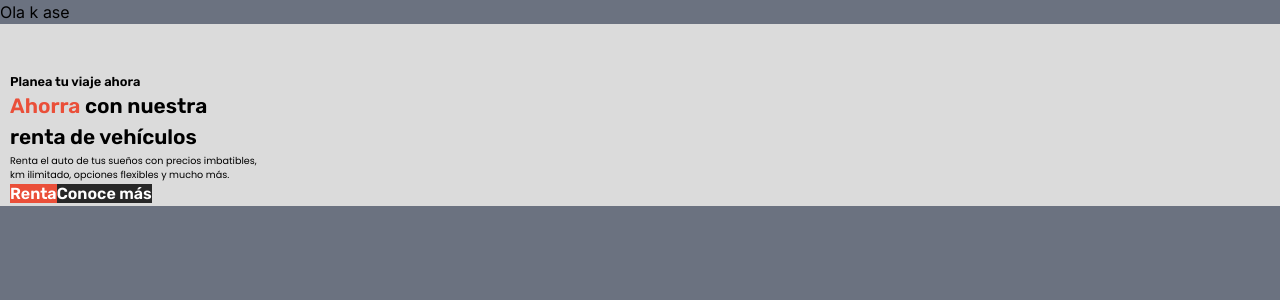
Repository: aldovelacasas/PF_RentCar2
Page: /homePage
The author's editor kept a copy of each file at every save. The page is drawn from the files as they stood at one save, then again after the next save.
The browser window is 1280 px wide. The pictures show the whole page.
The project was rebuilt for these pictures with package versions that can differ from the ones it lists, and the page was loaded fresh each time. The framework's server and built-in components were replaced by stand-ins that run in the browser. Also part of the build but not shown: next.config.js.

Above is the page before, as saved 2023-08-29 19:11:30.

### src/app/layout.jsx
import "./globals.css";
import { Inter } from "next/font/google";

const inter = Inter({ subsets: ["latin"] });

export const metadata = {
  title: "Create Next App",
  description: "Generated by create next app",
};

export default function RootLayout({ children }) {
  return (
    <html lang="en">
      <body className={inter.className}>
        <h1>Ola k ase</h1>
        <div className="h-[calc(100vh-5rem)]">{children}</div>
      </body>
    </html>
  );
}

### src/app/homePage/page.jsx
import { Rubik, Poppins } from "next/font/google";

const fontRubik = Rubik({
  weight: "600",
  subsets: ["latin"],
});

const fontPoppins = Poppins({
  weight: "400",
  subsets: ["latin"],
});
const poppins = fontPoppins.className;
const rubik = fontRubik.className;

function HomePage() {
  return (
    <div className={`bg-gris_fondo ${rubik} space-y-0 space-x-2.5`}>
      <p className={`pt-12 ml-2.5 text-[0.8em]`}>Planea tu viaje ahora</p>
      <p className="text-[1.3em] mb-0 pb-0">
        <span className="text-naranja_enf mb-0 pb-0">Ahorra </span>
        con nuestra
      </p>
      <p className="text-[1.3em] mt-0 pt-0">renta de vehículos</p>
      <div>
        <p className={`${poppins} text-[0.6em]`}>
          Renta el auto de tus sueños con precios imbatibles,
        </p>
        <p className={`${poppins} text-[0.6em]`}>
          km ilimitado, opciones flexibles y mucho más.
        </p>
        <div>
          <a href="#form" className="bg-naranja_enf text-white ">
            Renta
          </a>
          <a href="#form" className="bg-negro_fondo text-white">
            Conoce más
          </a>
        </div>
      </div>
    </div>
  );
}

export default HomePage;

### src/app/api/products/[id]/route.js
import { NextResponse } from "next/server";
import {conn} from "@/libs/mysql"

export async function GET(request,{params}){
  try {
    const result = await conn.query("SELECT * FROM product WHERE id = ?", [params.id])
    if(result.length === 0 ){
        return NextResponse.json(
         {
            message: "producto no encontrado",
         },
         {
            status:404,
         }
        );
    }
    return NextResponse.json(result[0])
  } catch (error) {
    return NextResponse.json(
        {
            message:error.message,
        },
        {status: 500}
    )
  }
}

export async function DELETE (request,{params} ){
    try {
     const result = await conn.query("DELETE FROM product WHERE id = ?", [params.id]);
     if(result.affectedRows === 0){
         return NextResponse.json({message:"Producto no encontrado"},{status:404})
     }

     return new Response (null, {status: 204})
 } catch (error) {
     return NextResponse.json({message:error.message},{status:500})
 }
    }

export async  function PUT(request, {params}){
   try {
    const data = await request.json()
    const result = await conn.query("UPDATE product SET ? WHERE id = ?", [data , params.id])

    if (result.affectedRows === 0) {
        return NextResponse.json(
        {
            message: "producto no encontrado",
        },
        {
            status: 400,
        }
        )
    }
     const updateProduct = await conn.query("SELECT * FROM product WHERE id = ?", [params.id])

  return NextResponse.json(updateProduct[0])

   } catch (error) {
    return NextResponse.json(
        {
            message: error.message,
        },
        { status: 500}
    )
   }
}

### src/app/api/products/route.js
import { NextResponse } from "next/server";
import {conn} from "@/libs/mysql";

export async function GET(){
    try {
        const results = await conn.query("SELECT * FROM product");
        return NextResponse.json(results)

    } catch (error) {
        return NextResponse.json(
        {
          message: error.message,
        },
        {
            status:500,
        }

        );
    }
}

    export async function POST (request) {
  try {
    const {name, price, year, model, capacity, type, description, image, transmission,  }= await request.json();

    const result  = await conn.query("INSERT INTO product SET ?", {
        name,
        price,
        year,
        model,
        capacity,
        type,
        transmission,
        image,
        description

    })

    return NextResponse.json({
        name,
        price,
        year,
        model,
        capacity,
        type,
        transmission,
        image,
        description,
        id: result.insertId,

    })

  } catch (error) {
    console.log(error);
    return NextResponse.json(
    {
        message: error.message,
    },
    {
        status:500,
    }
    );
  }

}

### src/app/globals.css
@tailwind base;
@tailwind components;
@tailwind utilities;

body {
   @apply bg-gray-500; /* Fondo más claro */
   color: gray-800; /* Texto oscuro */
}

### tailwind.config.js
/** @type {import('tailwindcss').Config} */
module.exports = {
  content: [
    "./src/pages/**/*.{js,ts,jsx,tsx,mdx}",
    "./src/components/**/*.{js,ts,jsx,tsx,mdx}",
    "./src/app/**/*.{js,ts,jsx,tsx,mdx}",
  ],
  theme: {
    extend: {
      backgroundImage: {
        "gradient-radial": "radial-gradient(var(--tw-gradient-stops))",
        "gradient-conic":
          "conic-gradient(from 180deg at 50% 50%, var(--tw-gradient-stops))",
      },
      colors: {
        gris_fondo: "#dbdbdb",
        gris_frente: "#e9e9e9",
        negro_fondo: "#282828",
        naranja_enf: "#ea4f39",
        rojo_status: "#e30613",
        verde_status: "#4aaf4d",
        amarillo_status: "#f0e400",
      },
    },
  },
  plugins: [],
};

Loaded but not shown: src/app/api/bookings/[id]/route.js (no copy from this time; the picture is the same without it); src/app/api/bookings/route.js (no copy from this time; the picture is the same without it); src/app/api/create-payment-intent/route.js (no copy from this time; the picture is the same without it); src/app/api/post/[id]/route.js (no copy from this time; the picture is the same without it); src/app/api/post/route.js (no copy from this time; the picture is the same without it); src/app/api/users/[id]/route.js (no copy from this time; the picture is the same without it); src/app/api/users/route.js (no copy from this time; the picture is the same without it)

After the next save:
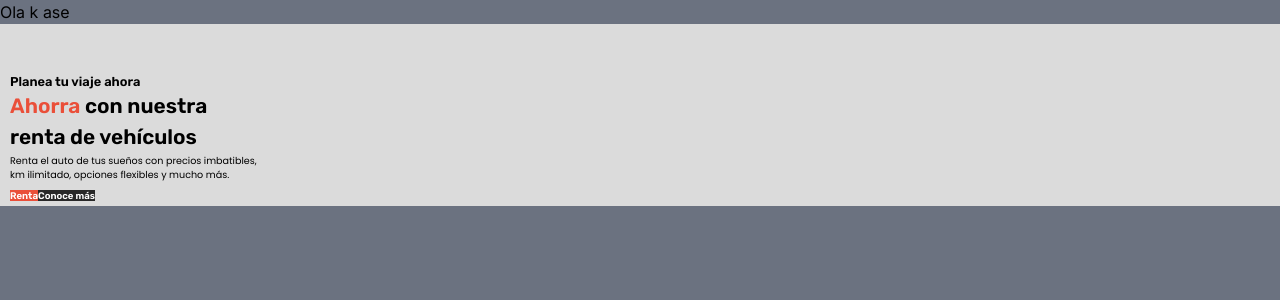
Saved 40 s later.
--- a/src/app/homePage/page.jsx
+++ b/src/app/homePage/page.jsx
@@ -29,10 +29,10 @@ function HomePage() {
           km ilimitado, opciones flexibles y mucho más.
         </p>
         <div>
-          <a href="#form" className="bg-naranja_enf text-white ">
+          <a href="#form" className="bg-naranja_enf text-white text-[0.6em]">
             Renta
           </a>
-          <a href="#form" className="bg-negro_fondo text-white">
+          <a href="#form" className="bg-negro_fondo text-white text-[0.6em]">
             Conoce más
           </a>
         </div>
